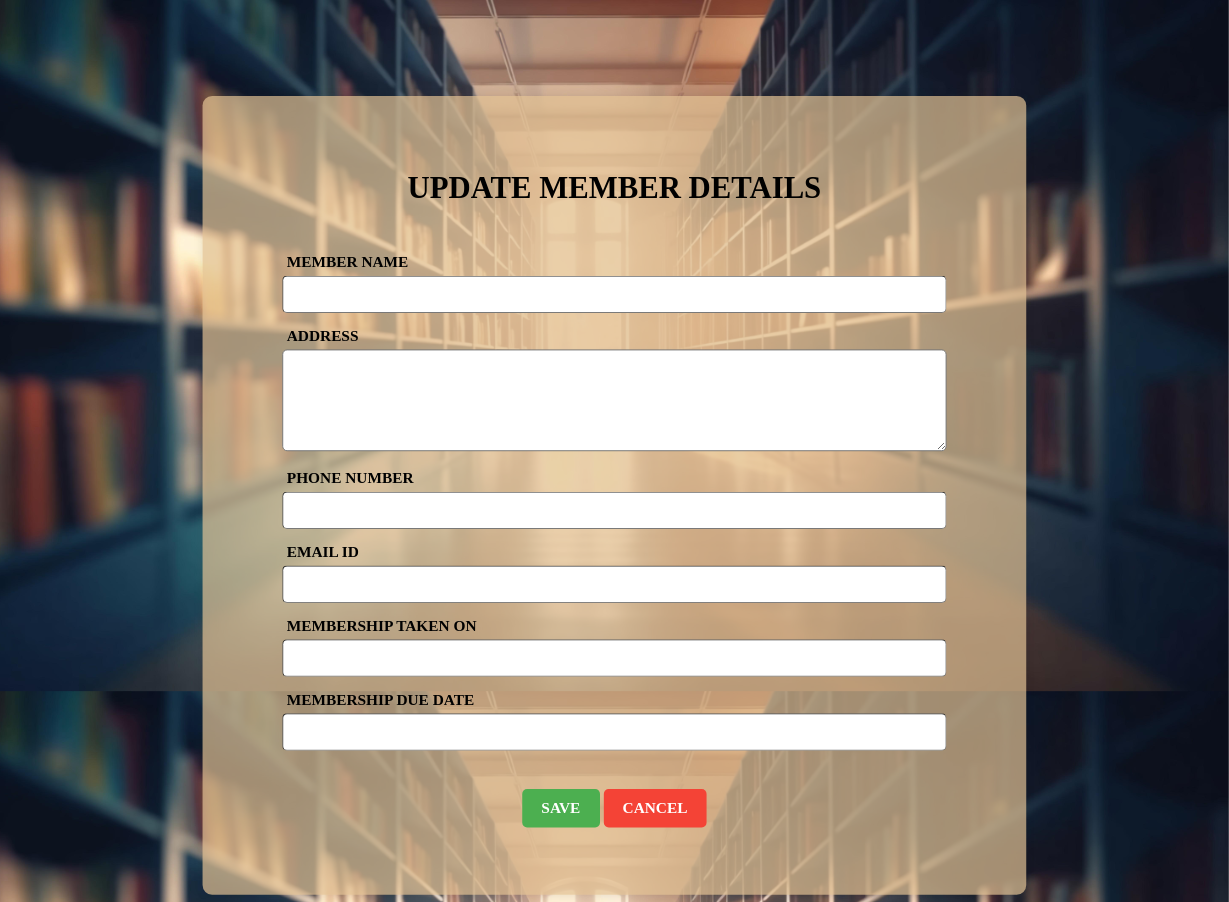
Repository: devikrishna908/RURAL-LIBRARY-MANAGEMENT
Page: http://localhost/library-management/WEB-INF/jsp/edit-member.jsp
The author's editor kept a copy of each file at every save. The page is drawn from the files as they stood at one save, then again after the next save.
The browser window is 1280 px wide. The pictures show the whole page, at 96% of full size.
Backgrounds fixed to the window are drawn as part of the page. The page is served by Tomcat 9. Nobody is signed in. Other server files are loaded and not shown. The template is opened directly, without the code that normally fills it, so the values that code supplies are empty.

Above is the page before, as saved 2024-05-26 05:27:20.

### library-management/src/main/webapp/WEB-INF/jsp/edit-member.jsp
<%@ page language="java" contentType="text/html; charset=ISO-8859-1"
    pageEncoding="ISO-8859-1"%>
<!DOCTYPE html>
<html>
<head>
<meta charset="ISO-8859-1">
<title>Add Book</title>
<link rel="stylesheet" href="css/member-style.css">
<script src="js/add-member.js" type="text/javascript"></script>

</head>
<body>
	<div class="container">
		<h2>UPDATE MEMBER DETAILS</h2>
		<div class="form-container">
			<form name="create" method="post" action="/save-member" onsubmit="return validateForm()">

	    	    <label for="name">MEMBER NAME</label>
    	    	<input type="text" id="name" name="name"><br>

		        <label for="address">ADDRESS</label>
				<textarea name="address" id="address"></textarea>

		        <label for="phone">PHONE NUMBER</label>
    		    <input type="text" id="phone" name="phone"><br>

		        <label for="email">EMAIL ID</label>
    		    <input type="text" id="email" name="email"><br>

		        <label for="email">MEMBERSHIP TAKEN ON</label>
    		    <input type="text" id="email" name="email"><br>

		        <label for="email">MEMBERSHIP DUE DATE</label>
    		    <input type="text" id="email" name="email"><br>

				<div class="input-button">
					<input type="submit" value="SAVE" class="insert">
					<input type="button" value="CANCEL" class="cancel" onclick="cancelAction()"> <br>
				</div>
			</form>
		</div>

	</div>

</body>
</html>

### library-management/src/main/resources/static/css/member-style.css
body {
    background-image: url('../images/bg.jpg');
    background-size: cover;
    background-repeat: no-repeat;
    background-attachment: fixed;
}

h2 {
	text-align: center;
	margin-bottom: 50px;
	color:black;
	font-size: 32px;
}

.form-container {
	text-align: center;
}

.container {
	width: 60%; /* Adjust the width of the container as needed */
	margin: 0 auto; /* Center the container horizontally */
	margin-top: 100px;
	background-color: rgb(225, 192, 147,0.7);
	/* Set the background color of the container */
	padding: 50px; /* Add some padding to the container */
	border-radius: 10px; /* Add rounded corners to the container */
	box-shadow: 0 0 10px rgba(0, 0, 0, 0.1);
	/* Add a shadow effect to the container */
}


.form-container label {
	display: block;
	text-align: left;
	font-family: serif;
	font-size: 12pt;
	font-weight:bold;
	margin-top:5px;
	margin-bottom: 5px;
	margin-left: 5%; /* Add some space between labels and input boxes */
}

.form-container input[type="text"] {
	border-radius: 5px;
	border-width: .5px;
	font-family:serif;
	font-size:12pt;
	padding-left:5px;
	width: 90%; /* Set the width of input boxes */
	margin-bottom: 10px; /* Add some space between input boxes */
	height: 35px;
}

.form-container textarea {
	width: 90%; /* Set the width of input boxes */
	margin-bottom: 10px; /* Add some space between input boxes */
	padding-left:5px;
	font-family:serif;
	font-size:12pt;
	border-width: .5px;
	border-radius: 5px;
}

.form-container textarea {
	height: 100px; /* Set the height of the textarea */
}

.input-button {
	text-align: center;
	margin-top: 30px; /* Space above the buttons */
	margin-bottom: 20px;
}

.input-button input[type="submit"], .input-button input[type="button"] , .renew {
	height: 40px;
	padding: 8px 20px;
	font-size: 12pt;
	border: none;
	font-family: 'Times New Roman', Times, serif;
	font-weight: bold;
	cursor: pointer;
	border-radius: 5px;
}

.input-button input[type="submit"].insert {
	background-color: #4CAF50;
	/* Green background for the "CREATE" button */
	color: white;
}

.input-button input[type="button"].cancel {
	background-color: #f44336; /* Red background for the "CANCEL" button */
	color: white;
}

.renew {
	background-color: rgb(187, 74, 36);
	color: white;
	margin-top: 10px;
}

### library-management/src/main/resources/static/js/add-member.js

    function validateForm() {
        var name = document.getElementById("name").value;
        var address = document.getElementById("address").value;
        var phone = document.getElementById("phone").value;
        var email = document.getElementById("email").value;

        // Check if all fields are filled and not just spaces
        if (name.trim() === "" || address.trim() === "" || phone === "nil" || email === "nil") {
            alert("Please fill out all fields.");
            return false;
        }

		if (!/^\d{10}$/.test(phone)) {
			alert("Please enter a valid 10-digit contact number.");
			return false;
		}

		if (!/^[\w-]+(\.[\w-]+)*@([\w-]+\.)+[a-zA-Z]{2,7}$/.test(email)) {
			alert("Please enter a valid email address.");
			return false;
		}
        return true;

    }


    function cancelAction() {
	    window.history.back();
	//		window.location.href = '/home';
    }

     function renewAction() {

        const currentDate = new Date();
        const newDueDate = new Date(currentDate);
        newDueDate.setDate(currentDate.getDate() + 90);

        const formattedDueDate = newDueDate.toISOString().split('T')[0];

        document.getElementById('membership_due_on').value = formattedDueDate;
        document.getElementById('status').value = 'ACTIVE';
    }

After the next save:
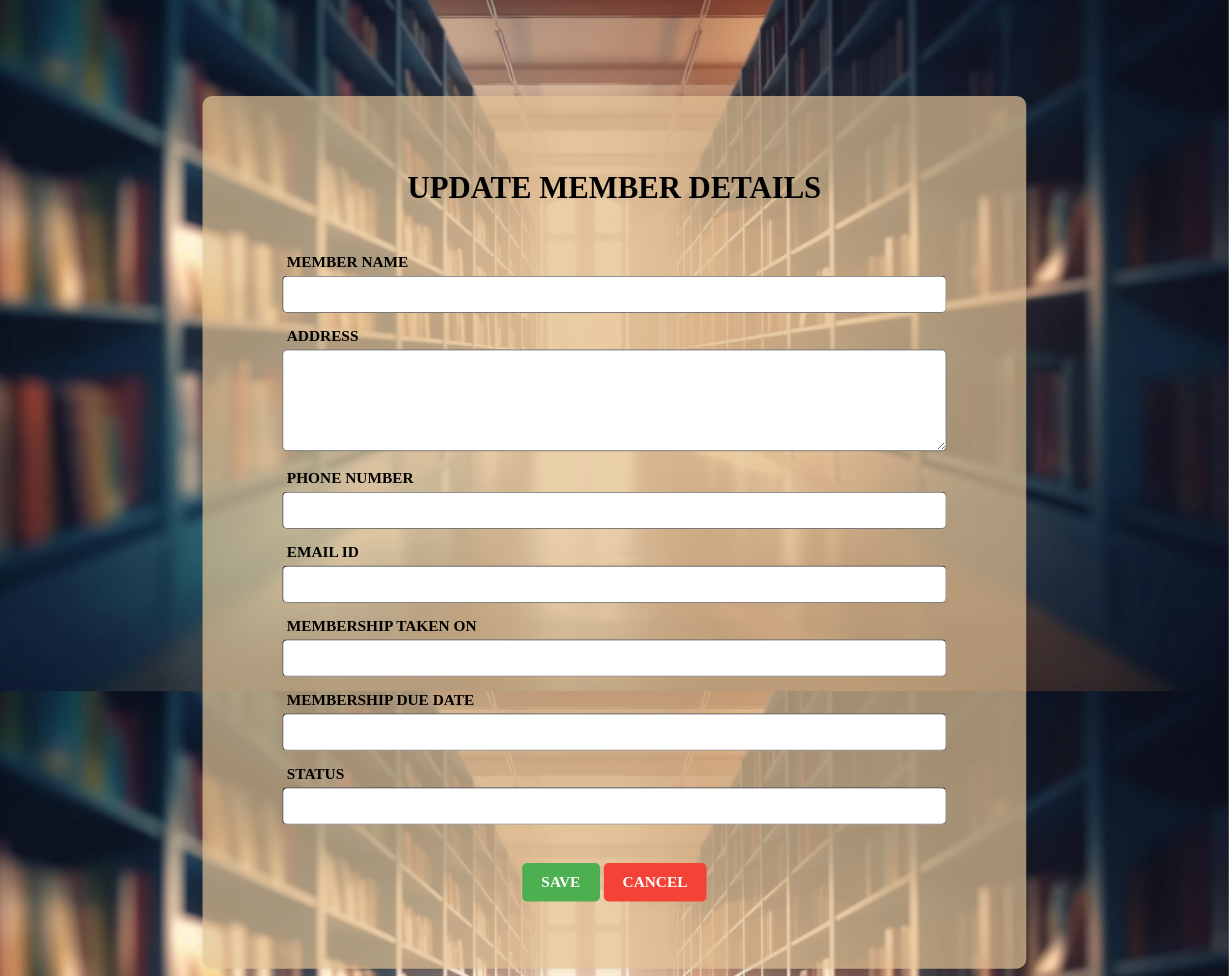
Saved 92 s later.
--- a/library-management/src/main/webapp/WEB-INF/jsp/edit-member.jsp
+++ b/library-management/src/main/webapp/WEB-INF/jsp/edit-member.jsp
@@ -27,11 +27,14 @@
 		        <label for="email">EMAIL ID</label>
     		    <input type="text" id="email" name="email"><br>
 
-		        <label for="email">MEMBERSHIP TAKEN ON</label>
-    		    <input type="text" id="email" name="email"><br>
+		        <label for="reg-date">MEMBERSHIP TAKEN ON</label>
+    		    <input type="text" id="reg-date" name="reg-date"><br>
 
-		        <label for="email">MEMBERSHIP DUE DATE</label>
-    		    <input type="text" id="email" name="email"><br>
+		        <label for="due-date">MEMBERSHIP DUE DATE</label>
+    		    <input type="text" id="due-date" name="due-date"><br>
+
+		        <label for="status">STATUS</label>
+    		    <input type="text" id="status" name="status"><br>
 
 				<div class="input-button">
 					<input type="submit" value="SAVE" class="insert">
